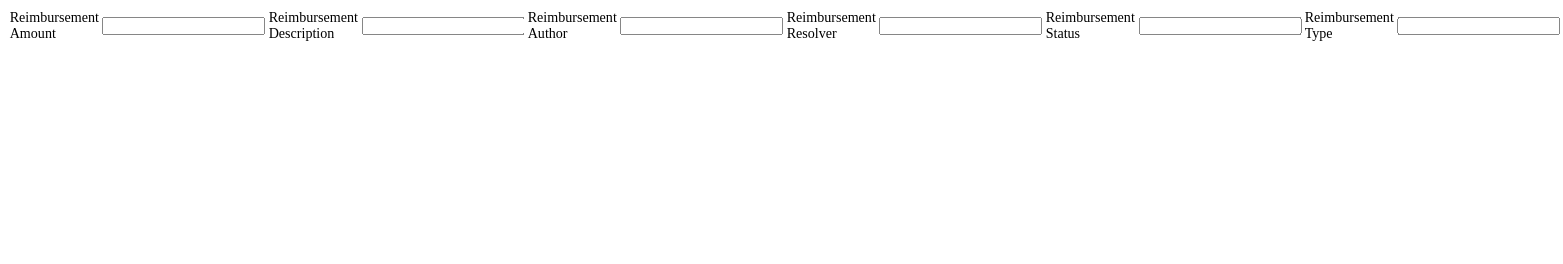
Repository: ricksnp/Reimbursement
Page: src/main/webapp/Reimbursement/html/index.html
An editor plug-in stored every save of this project. The page is shown before and after the next save, followed by the edit.
The browser window is 1280 px wide. The page is 1776 px wide, then 1280 px, so the pictures cover 1776 px, including what lies to the right of the window. The pictures show the whole page, at 88% of full size.

Above is the page before, as saved 2020-10-16 09:23:16.

After the next save:
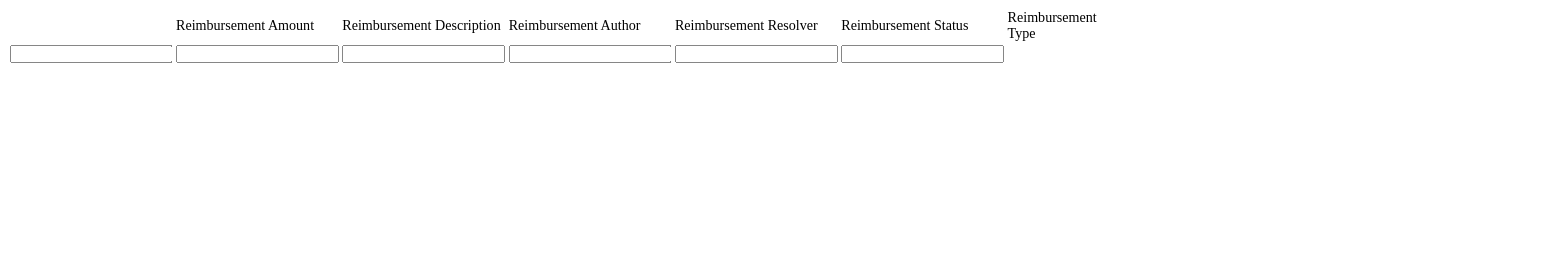
Saved 2 min 33 s later.
--- a/src/main/webapp/Reimbursement/html/index.html
+++ b/src/main/webapp/Reimbursement/html/index.html
@@ -4,18 +4,23 @@
 <body>
     <form action="newReimbursement" method="post">
         <table>
+            <th>
+            <td>Reimbursement Amount</td>
+            <td>Reimbursement Description</td>
+            <td>Reimbursement Author</td>
+            <td>Reimbursement Resolver</td>
+            <td>Reimbursement Status</td>
+            <td>Reimbursement Type</td>
+
+
+            </th>
+
             <tr>
-                <td>Reimbursement Amount</td>
                 <td><input type="text" name="amount" </td>
-                <td>Reimbursement Description</td>
                 <td><input type="text" name="desc" </td>
-                <td>Reimbursement Author</td>
                 <td><input type="text" name="author" </td>
-                <td>Reimbursement Resolver</td>
                 <td><input type="text" name="resolver" </td>
-                <td>Reimbursement Status</td>
                 <td><input type="text" name="status" </td>
-                <td>Reimbursement Type</td>
                 <td><input type="text" name="type" </td>
 
             </tr>
